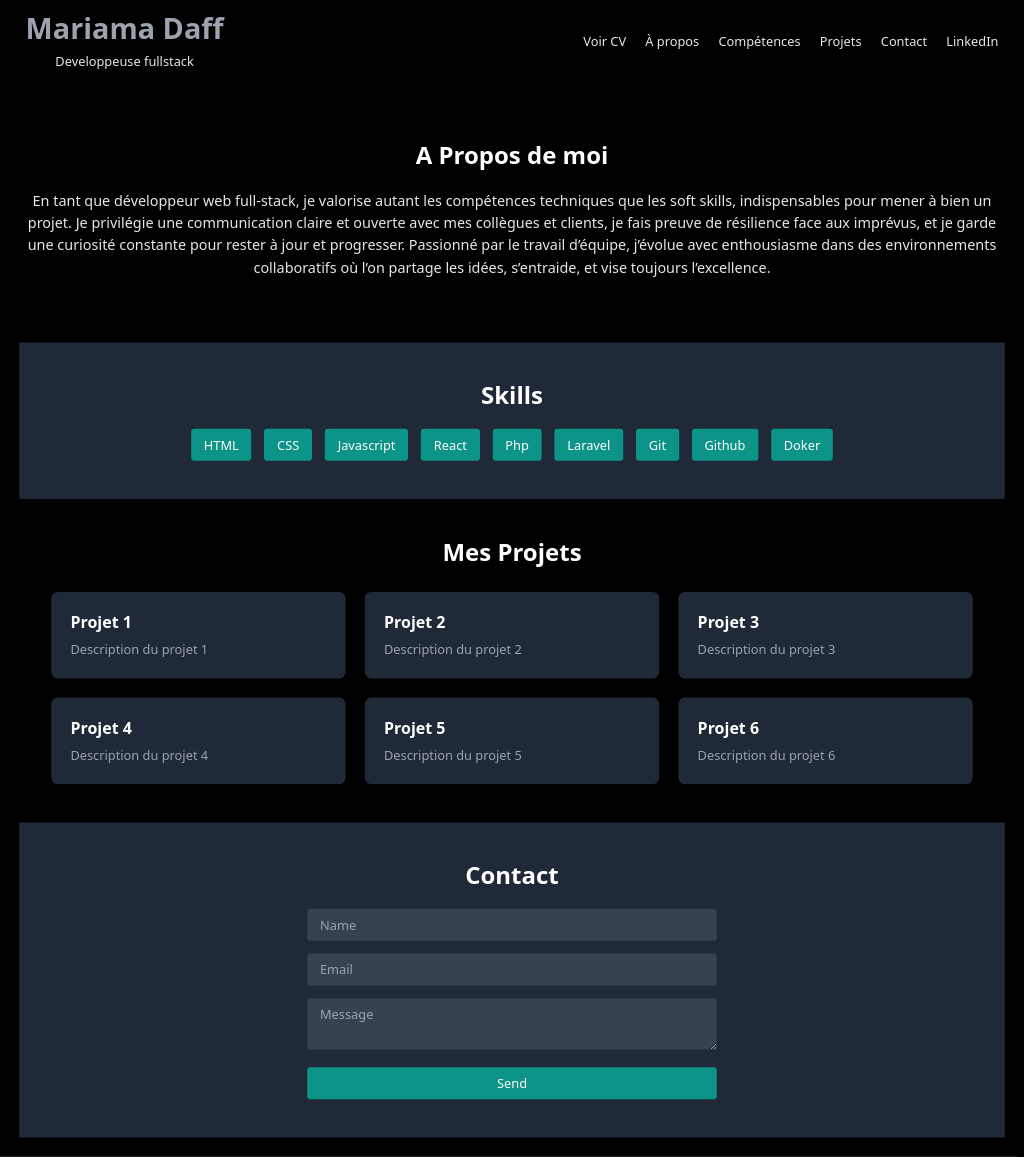
Repository: mariamdaff/Projets_Perso
Page: / (app in mon_portfolio/)
The author's editor kept a copy of each file at every save. The page is drawn from the files as they stood at one save, then again after the next save.
The browser window is 1280 px wide. The pictures show the whole page, at 80% of full size.
The project was rebuilt for these pictures with package versions that can differ from the ones it lists, and the page was loaded fresh each time. Also part of the build but not shown: mon_portfolio/vite.config.js.

Above is the page before, as saved 2025-04-20 15:41:47.

### mon_portfolio/index.html
<!doctype html>
<html lang="en">
  <head>
    <meta charset="UTF-8" />
    <link rel="icon" type="image/svg+xml" href="/cvFivicon.png" />
    <meta name="viewport" content="width=device-width, initial-scale=1.0" />
    <title>Mon portfolio</title>
  </head>
  <body className="bg-black text-gray-400">
    <div id="root"></div>
    <script type="module" src="/src/main.jsx"></script>
  </body>
</html>

### mon_portfolio/src/main.jsx
import './index.css';
import { StrictMode } from 'react'
import { createRoot } from 'react-dom/client'
import './index.css'
import App from './App.jsx'

createRoot(document.getElementById('root')).render(
  <StrictMode>
    <App />
  </StrictMode>,
)

### mon_portfolio/src/App.jsx
import React from 'react';
import { BrowserRouter as Router, Routes, Route } from 'react-router-dom';
// import NavbarElement from './component/navBar/NavBarComponent';
import Layout from './Layout';


const App = () => {
  return (
    <Router>

      <Routes>
        <Route path="/" element={<Layout />}>
        </Route>
      </Routes>

    </Router>
  );
};

export default App;

### mon_portfolio/src/Layout.jsx
import React from 'react';
import NavbarElement from './components/navBar/NavBarComponent';
import Projets from './components/projets/Projets';
import Contact from './components/contact/Contact';
import APropos from './components/A_Propos/APropos';
import Skills from './components/skills/Skills';
// import Projets from './components/Projets'
import { Outlet } from 'react-router-dom';

const Layout = () => {
  return (
    <div className="bg-black min-h-screen text-white scroll-smooth">
      <NavbarElement />
      <main className="p-6">
        <section id="a-propos">
          <APropos />
        </section>
        <section id="skills">
          <Skills />
        </section>
        <section id="projets">
          <Projets />
        </section>
        <section id="contact">
          <Contact />
        </section>
      </main>
    </div>
  );
};

export default Layout;

### mon_portfolio/src/components/navBar/NavBarComponent.jsx

import React from 'react';
import LiensDeNavigation from './NavBarLiens.jsx';
import Description from './NavBarDescriptionPost.jsx';
import MonNom from './NavBarNom.jsx';


const NavbarElement = () => {
  return (
    <header className="bg-black text-gray-200 px-8 py-4 ">
      <nav className=" flex justify-between items-center">
        <div className='text-center'>
        <MonNom/>
        <Description/>
        </div>
        <LiensDeNavigation />
      </nav>
    </header>
  );
};

export default NavbarElement;

### mon_portfolio/src/components/projets/Projets.jsx
import React from 'react';

const Projets = () => {
  const projets = [
    { id: 1, titre: 'Projet 1', description: 'Description du projet 1' },
    { id: 2, titre: 'Projet 2', description: 'Description du projet 2' },
    { id: 3, titre: 'Projet 3', description: 'Description du projet 3' },
    { id: 4, titre: 'Projet 4', description: 'Description du projet 4' },
    { id: 5, titre: 'Projet 5', description: 'Description du projet 5' },
    { id: 6, titre: 'Projet 6', description: 'Description du projet 6' },
  ];

  return (
    <section className="py-12 px-4 bg-black text-white">
      <h2 className="text-3xl font-bold mb-8 text-center">Mes Projets</h2>
      <div className="grid grid-cols-1 sm:grid-cols-2 lg:grid-cols-3 gap-6 max-w-6xl mx-auto">
        {projets.map((projet) => (
          <div
            key={projet.id}
            className="bg-gray-800 p-6 rounded-lg shadow-lg hover:scale-105 transition"
          >
            <h3 className="text-xl font-semibold mb-2">{projet.titre}</h3>
            <p className="text-gray-400">{projet.description}</p>
          </div>
        ))}
      </div>
    </section>
  );
};

export default Projets;

### mon_portfolio/src/components/contact/Contact.jsx
import React from 'react';
const Contact =()=>{
    return(
        <section className="py-12 text-center bg-gray-800">
        <h2 className="text-3xl font-semibold mb-6">Contact</h2>
        <form className="max-w-lg mx-auto">
          <input
            type="text"
            placeholder="Name"
            className="bg-gray-700 text-white px-4 py-2 rounded mb-4 w-full"
          />
          <input
            type="email"
            placeholder="Email"
            className="bg-gray-700 text-white px-4 py-2 rounded mb-4 w-full"
          />
          <textarea
            placeholder="Message"
            className="bg-gray-700 text-white px-4 py-2 rounded mb-4 w-full"
          />
          <button className="bg-teal-600 px-6 py-2 rounded w-full">Send</button>
        </form>
      </section>
    );
};

export default Contact;

### mon_portfolio/src/components/A_Propos/APropos.jsx
import React from 'react';
const APropos = () =>{
    return(
        <section className="text-center py-12">
        <h2 className="text-3xl font-semibold mb-6">A Propos de moi</h2>
       <p className="text-lg text-gray-200 mb-8">En tant que développeur web full-stack, je valorise autant les compétences techniques que les soft skills,
         indispensables pour mener à bien un projet. Je privilégie une communication claire et ouverte avec mes collègues et clients,
          je fais preuve de résilience face aux imprévus, et je garde une curiosité constante pour rester à jour et progresser.
          Passionné par le travail d’équipe, j’évolue avec enthousiasme dans des environnements collaboratifs où l’on partage les idées,
           s’entraide, et vise toujours l’excellence.</p>
      </section>
    );

};
export default APropos;

### mon_portfolio/src/components/skills/Skills.jsx
import React from 'react';
const Skills = () =>{
    return(
        <section className="py-12 text-center bg-gray-800">
        <h2 className="text-3xl font-semibold mb-6">Skills</h2>
        <div className="space-x-4">
        <button className="bg-teal-600 px-4 py-2 rounded">HTML</button>
        <button className="bg-teal-600 px-4 py-2 rounded">CSS</button>
        <button className="bg-teal-600 px-4 py-2 rounded">Javascript</button>
        <button className="bg-teal-600 px-4 py-2 rounded">React</button>
        <button className="bg-teal-600 px-4 py-2 rounded">Php</button>
        <button className="bg-teal-600 px-4 py-2 rounded">Laravel</button>
        <button className="bg-teal-600 px-4 py-2 rounded">Git</button>
        <button className="bg-teal-600 px-4 py-2 rounded">Github</button>
        <button className="bg-teal-600 px-4 py-2 rounded">Doker</button>
        </div>
        </section>
    );

};
export default Skills;

### mon_portfolio/src/components/navBar/NavBarLiens.jsx
import React from 'react';
 import { Link } from 'react-router-dom';



const LiensDeNavigation = () =>{
return (
    <ul className="flex space-x-6">
      <li> <a
            href="/monCV.pdf"
            target="_blank"
            rel="noopener noreferrer"
            className="btn-nav hover:text-gray-400 transition"
            >
             Voir CV
        </a></li>
        <a href="#a-propos" className="hover:text-gray-400 transition">À propos</a>
<a href="#skills" className="hover:text-gray-400 transition">Compétences</a>
<a href="#projets" className="hover:text-gray-400 transition">Projets</a>
<a href="#contact" className="hover:text-gray-400 transition">Contact</a>
      <li><a href="https://www.linkedin.com/in/mariama-daff"
            target="_blank"
            rel="noopener noreferrer"
            className="nav-btn  hover:text-gray-400 transition"
            >
            LinkedIn
        </a></li>

    </ul>
  );
};

export default LiensDeNavigation;

### mon_portfolio/src/components/navBar/NavBarDescriptionPost.jsx
import React from 'react';

const Description = () =>{
return (
   <p className="text-md mt-2">Developpeuse fullstack</p>
  );
};

export default Description;

### mon_portfolio/src/components/navBar/NavBarNom.jsx
import React from 'react';

const MonNom = () =>{
return (
   <h1 className="text-4xl font-bold text-gray-400">Mariama Daff</h1>
  );
};

export default MonNom;

Loaded but not shown: mon_portfolio/src/index.css (common file); mon_portfolio/tailwind.config.js (common file)

After the next save:
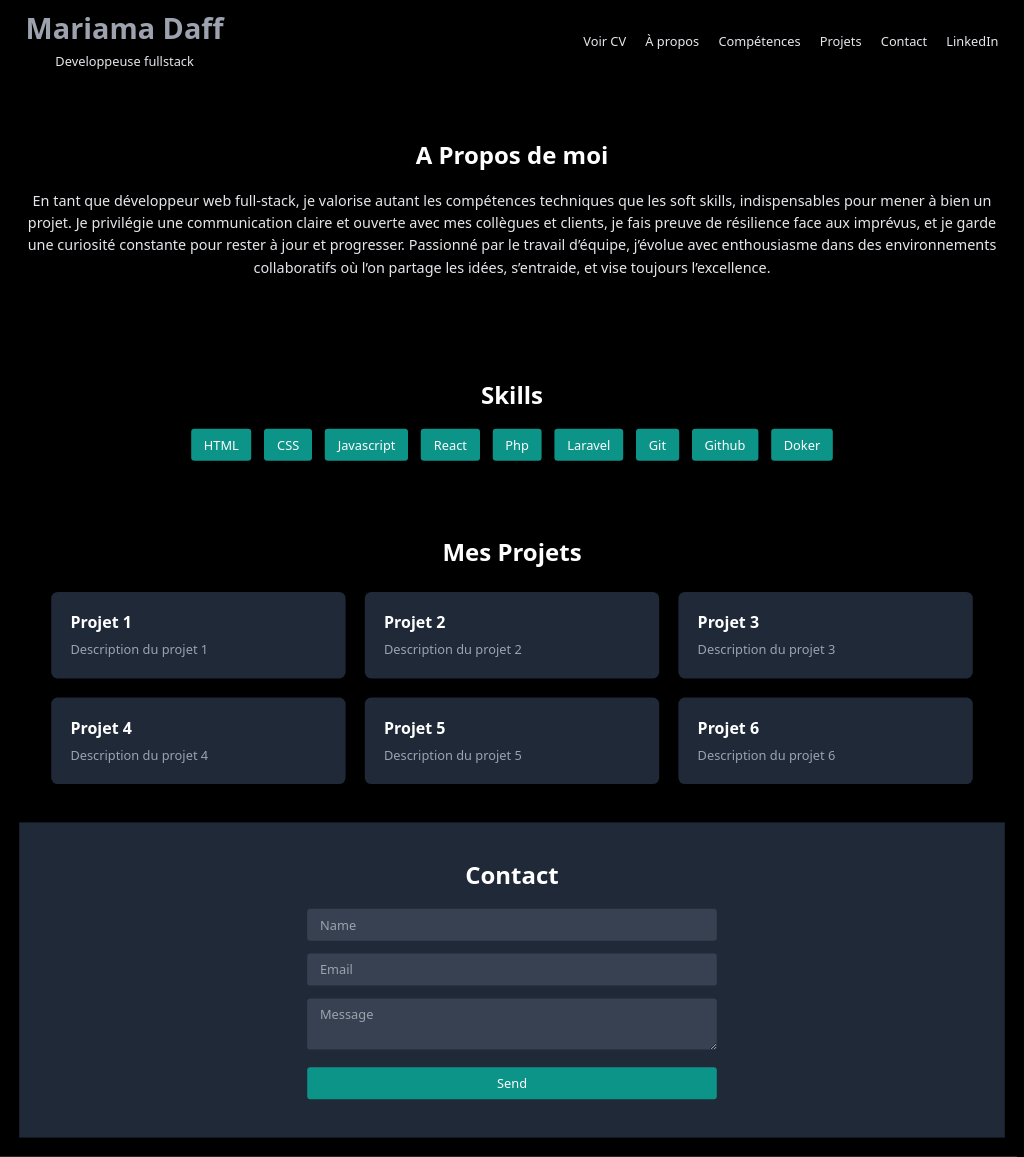
Saved 78 s later.
--- a/mon_portfolio/src/components/skills/Skills.jsx
+++ b/mon_portfolio/src/components/skills/Skills.jsx
@@ -1,7 +1,7 @@
 import React from 'react';
 const Skills = () =>{
     return(
-        <section className="py-12 text-center bg-gray-800">
+        <section className="py-12 text-center">
         <h2 className="text-3xl font-semibold mb-6">Skills</h2>
         <div className="space-x-4">
         <button className="bg-teal-600 px-4 py-2 rounded">HTML</button>
